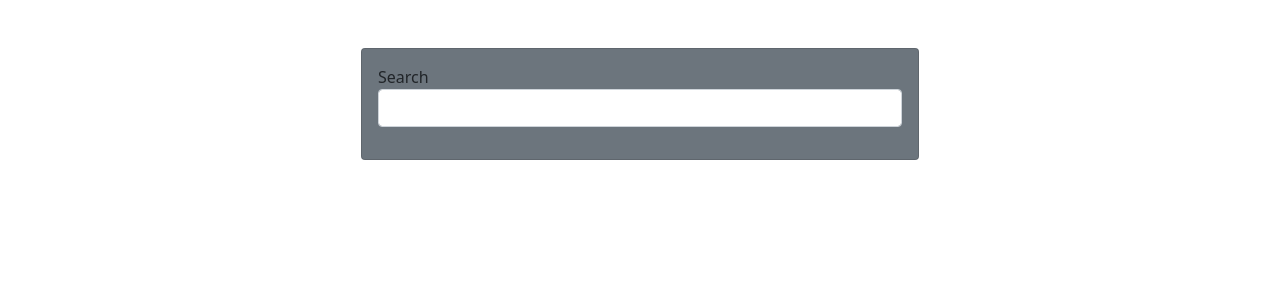
Repository: Hits-95/Spring
Page: http://localhost/SpringMVC_Search/home
The author's editor kept a copy of each file at every save. The page is drawn from the files as they stood at one save, then again after the next save.
The browser window is 1280 px wide. The pictures show the whole page.
The page is served by Tomcat 9. Other server files are loaded and not shown.

Above is the page before, as saved 2021-04-10 06:59:37.

### SpringMVC_Search/src/main/webapp/WEB-INF/spring-servlet.xml
<?xml version="1.0" encoding="UTF-8"?>
<beans xmlns="http://www.springframework.org/schema/beans"
	xmlns:xsi="http://www.w3.org/2001/XMLSchema-instance" xmlns:context="http://www.springframework.org/schema/context"
	xmlns:p="http://www.springframework.org/schema/p" xmlns:tx="http://www.springframework.org/schema/tx"
	xsi:schemaLocation="http://www.springframework.org/schema/beans
 	http://www.springframework.org/schema/beans/spring-beans.xsd
 	http://www.springframework.org/schema/context
 	http://www.springframework.org/schema/context/spring-context.xsd
 	http://www.springframework.org/schema/tx
 	http://www.springframework.org/schema/tx/spring-tx.xsd
 	">


	<!-- enable annotation -->
	<context:component-scan base-package="SpringMVC_Search"></context:component-scan>
	<!-- this is our bean -->

	<bean
		class="org.springframework.web.servlet.view.InternalResourceViewResolver"
		name="viewResolver">

		<property name="prefix" value="/WEB-INF/views/" />
		<property name="suffix" value=".jsp" />
	</bean>



</beans>

### SpringMVC_Search/src/main/webapp/WEB-INF/views/home.jsp
<%@ page language="java" contentType="text/html; charset=ISO-8859-1"
	pageEncoding="ISO-8859-1"%>
<%@include file="link.jsp"%>
<!DOCTYPE html PUBLIC "-//W3C//DTD HTML 4.01 Transitional//EN" "http://www.w3.org/TR/html4/loose.dtd">
<html>
<head>
<meta http-equiv="Content-Type" content="text/html; charset=ISO-8859-1">
<title>Home</title>
</head>
<body>
	<div class="container">
		<div class="card mx-auto mt-5 bg-secondary" style="width: 50%;">
			<!-- <img src="..." class="card-img-top" alt="..."> -->
			<div class="card-body">
				<form action="">
					<div class="mb-3">
						<label for="search" class="form-primary">Search</label> <input
							type="text" class="form-control" id="querybox" name="querybox"
							aria-describedby="emailHelp">

					</div>
				</form>
			</div>
		</div>
	</div>

</body>
</html>

### SpringMVC_Search/src/main/webapp/WEB-INF/views/link.jsp
<!doctype html>
<html lang="en">
  <head>
    <!-- Required meta tags -->
    <meta charset="utf-8">
    <meta name="viewport" content="width=device-width, initial-scale=1">

    <!-- Bootstrap CSS -->
    <link href="https://cdn.jsdelivr.net/npm/bootstrap@5.0.0-beta3/dist/css/bootstrap.min.css" rel="stylesheet" integrity="sha384-eOJMYsd53ii+scO/bJGFsiCZc+5NDVN2yr8+0RDqr0Ql0h+rP48ckxlpbzKgwra6" crossorigin="anonymous">


  </head>
  <body>


    <!-- Optional JavaScript; choose one of the two! -->

    <!-- Option 1: Bootstrap Bundle with Popper -->
    <script src="https://cdn.jsdelivr.net/npm/bootstrap@5.0.0-beta3/dist/js/bootstrap.bundle.min.js" integrity="sha384-JEW9xMcG8R+pH31jmWH6WWP0WintQrMb4s7ZOdauHnUtxwoG2vI5DkLtS3qm9Ekf" crossorigin="anonymous"></script>

    <!-- Option 2: Separate Popper and Bootstrap JS -->
    <!--
    <script src="https://cdn.jsdelivr.net/npm/@popperjs/core@2.9.1/dist/umd/popper.min.js" integrity="sha384-SR1sx49pcuLnqZUnnPwx6FCym0wLsk5JZuNx2bPPENzswTNFaQU1RDvt3wT4gWFG" crossorigin="anonymous"></script>
    <script src="https://cdn.jsdelivr.net/npm/bootstrap@5.0.0-beta3/dist/js/bootstrap.min.js" integrity="sha384-j0CNLUeiqtyaRmlzUHCPZ+Gy5fQu0dQ6eZ/xAww941Ai1SxSY+0EQqNXNE6DZiVc" crossorigin="anonymous"></script>
    -->
  </body>
</html>

### SpringMVC_Search/src/main/java/SpringMVC_Search/SearchController.java
package SpringMVC_Search;

import org.springframework.stereotype.Controller;
import org.springframework.web.bind.annotation.RequestMapping;

@Controller
public class SearchController {

	@RequestMapping("/home")
	public String home(){

		System.out.println("home was called...");
		return"home";
	}
}

After the next save:
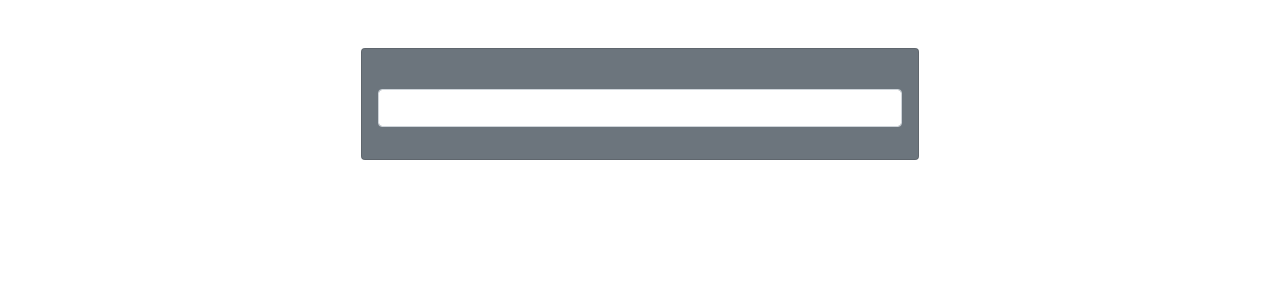
Saved 2 min 16 s later.
--- a/SpringMVC_Search/src/main/webapp/WEB-INF/views/home.jsp
+++ b/SpringMVC_Search/src/main/webapp/WEB-INF/views/home.jsp
@@ -14,7 +14,7 @@
 			<div class="card-body">
 				<form action="">
 					<div class="mb-3">
-						<label for="search" class="form-primary">Search</label> <input
+						<label for="search" class="form-primary"><span class="badge bg-secondary"Search</span></label> <input
 							type="text" class="form-control" id="querybox" name="querybox"
 							aria-describedby="emailHelp">
 
